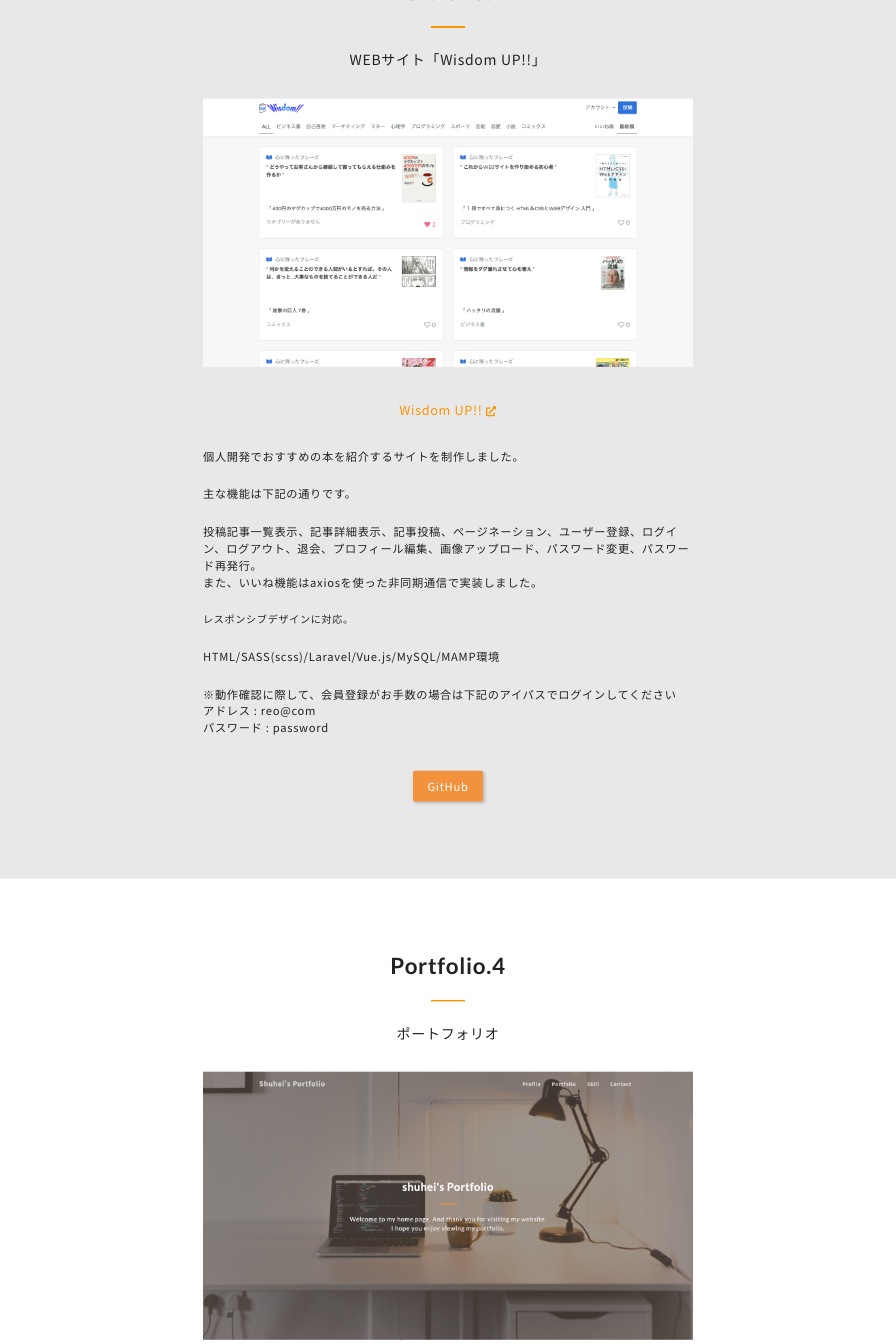
Repository: shuehi23/Portfolio
Page: portfolio/portfolio.html
These files come from the project's save history. The page is drawn as it stood at one moment and after the next save; the edit follows.
The browser window is 1280 px wide. The pictures show the part of the page from y = 4580 to 6500 px (the page is 7136 px tall), at 70% of full size.
A picture or video elsewhere on the page could not be fetched, so the positions and the page height are approximate. Some web libraries are served in a nearby version.

Above is the page before, as saved 2020-10-24 10:26:28.

### portfolio/portfolio.html
<!DOCTYPE html>
<html lang="ja">
<head>
  <meta charset="UTF-8">
  <meta name="viewport" content="width=device-width, initial-scale=1.0">
  <meta http-equiv="X-UA-Compatible" content="ie=edge">
  <title>Suhei's Portfolio</title>
  <!-- Google Fontsの読み込み -->
  <link href="https://fonts.googleapis.com/css?family=Lato:400,700|Noto+Sans+JP:400,700&display=swap&subset=japanese" rel="stylesheet">
  <!-- FontAwesomeの読み込み -->
  <link href="https://use.fontawesome.com/releases/v5.12.0/css/all.css" rel="stylesheet">
  <link rel="stylesheet" href="../css/stylesheet.css">
</head>
<body id="DETAIL">
  <!-- Navigation -->
  <nav class="l-navigation" id="mainNav">
    <div class="container">
      <a class="l-navigation_logo" href="">Shuhei's Portfolio</a>
      <div class="menu-trigger js-toggle-sp-menu">
        <span></span>
        <span></span>
        <span></span>
      </div>
      <ul class="l-navigation_list js-toggle-sp-menu-target">
        <li class="l-navigation_item">
          <a class="l-navigation_link" href="index.html#homt">Home</a>
        </li>
        <li class="l-navigation_item">
          <a class="l-navigation_link" href="index.html#portfolio">Portfolio</a>
        </li>
        <li class="l-navigation_item">
          <a class="l-navigation_link" href="index.html#skill">Skill</a>
        </li>
        <li class="l-navigation_item">
          <a class="l-navigation_link" href="index.html#contact">Contact</a>
        </li>
      </ul>
    </div>
  </nav>
  <!-- ヘッダー -->
  <header id="header" class="l-header">
    <div class="l-header_container l-content-wrap-default">
      <h1 class="l-header_title">
         shuhei's Portfolio
      </h1>
      <hr>
      <p class="l-header_text">
         My Portfolio. I hope you enjoy viewing my Portfolio.
      </p>
    </div>
  </header>

  <!-- メインコンテンツ -->
  <main id="main" class="l-main">
    <!-- ポートフォリオ１ -->
    <article id="portfolio01" class="p-detail">
      <div class="p-detail_container l-content-wrap-default">
        <h2 class="p-detail_title">Portfolio.1</h2>
        <hr>
        <h3 class="p-detail_subtitle">サンプルWEBサイト</h3>
        <img src="../image/portfolio01.jpg" alt="" class="p-detail_image">
        <div class="p-detail_link-wrap">
          <a href="#" class="p-detail_link">
            Overseas Sport Tour <i class="fas fa-external-link-alt p-detail_icon"></i>
          </a>
        </div>

        <p class="p-detail_text">
          海外アスリート応援ツアーをイメージして制作しました。
        </p>
        <p class="p-detail_text_small">
          レスポンシブデザインに対応。
        </p>
        <p class="p-detail_text">
          HTML/Scss/bootstrap/JavaScript(jQuery)
        </p>
        <p class="p-detail_text c-btn--wrap">
          <a href="#" class="c-btn--link">GitHub</a>
        </p>
      </div>
    </article>
    <!-- ポートフォリオ２ -->
    <article id="portfolio02" class="p-detail">
      <div class="p-detail_container l-content-wrap-default">
        <h2 class="p-detail_title">Portfolio.2</h2>
        <hr>
        <h3 class="p-detail_subtitle">WEBサービス「Connect With Sports」</h3>
        <img src="../image/connect.jpg" alt="" class="p-detail_image">
        <div class="p-detail_link-wrap">
          <a href="#" class="p-detail_link">
            Connect With Sports <i class="fas fa-external-link-alt p-detail_icon"></i>
          </a>
        </div>
        <p class="p-detail_text">
              個人開発でオリジナルWEBサービスを制作しました。スポーツを通じて繋がることができるWEBサービスです。
        </p>
        <p class="p-detail_text">
              主な機能は下記の通りです。
        </p>
        <p class="p-detail_text">
              記事一覧表示、記事詳細表示、記事投稿、ページネーション、ユーザー登録、ログイン、ログアウト、退会、プロフィール編集、画像アップロード、パスワード変更、パスワード再発行。
        </p>
        <p class="p-detail_text_small">
              PHPとMySQLの実装がメインのため、レスポンシブデザインには非対応。
            </p>
        <p class="p-detail_text">
              HTML/CSS/JavaScript(jQuery)/PHP/MySQL
        </p>
        <p class="p-detail_text c-btn--wrap">
          <a href="#" class="c-btn--link">GitHub</a>
        </p>
      </div>
    </article>
    <!-- ポートフォリオ３ -->
    <article id="portfolio03" class="p-detail">
      <div class="p-detail_container l-content-wrap-default">
        <h2 class="p-detail_title">Portfolio.3</h2>
        <hr>
        <h3 class="p-detail_subtitle">オリジナルゲーム「Get meat challenge」</h3>
        <img src="../image/game.jpg" alt="" class="p-detail_image">
        <div class="p-detail_link-wrap">
          <a href="#" class="p-detail_link">
            Get meat challenge<i class="fas fa-external-link-alt p-detail_icon"></i>
          </a>
        </div>
        <p class="p-detail_text">
                  個人開発でオリジナルゲームを制作しました。出てくるキャラクター倒し、肉をゲットするシンプルなゲームです。
        </p>
        <p class="p-detail_text">
                  オブジェクト指向を用いて制作しました。
        </p>
        <p class="p-detail_text_small">
                  レスポンシブデザインには非対応。
        </p>
        <p class="p-detail_text">
                  PHP/HTML/CSS/JavaScript(jQuery)
        </p>
        <p class="p-detail_text c-btn--wrap">
          <a href="#" class="c-btn--link">GitHub</a>
        </p>
      </div>
    </article>
    <!-- ポートフォリオ4 -->
    <article id="portfolio04" class="p-detail">
      <div class="p-detail_container l-content-wrap-default">
        <h2 class="p-detail_title">Portfolio.4</h2>
        <hr>
        <h3 class="p-detail_subtitle">WEBサイト「Wisdom UP!!」</h3>
        <img src="../image/wisdom.jpg" alt="" class="p-detail_image">
        <div class="p-detail_link-wrap">
          <a href="#" class="p-detail_link">
            Wisdom UP!!<i class="fas fa-external-link-alt p-detail_icon"></i>
          </a>
        </div>
        <p class="p-detail_text">
                  個人開発でおすすめの本を紹介するサイトを制作しました。
        </p>
        <p class="p-detail_text">
                  主な機能は下記の通りです。
        </p>
        <p class="p-detail_text">
                  投稿記事一覧表示、記事詳細表示、記事投稿、ページネーション、ユーザー登録、ログイン、ログアウト、退会、プロフィール編集、画像アップロード、パスワード変更、パスワード再発行。<br>
                  また、いいね機能はaxiosを使った非同期通信で実装しました。
        </p>
        <p class="p-detail_text_small">
                  レスポンシブデザインに対応。
        </p>
        <p class="p-detail_text">
                  HTML/SASS(scss)/Laravel/Vue.js/MySQL/MAMP環境
        </p>
        <p class="p-detail_text">
                  ※動作確認に際して、会員登録がお手数の場合は下記のアイパスでログインしてください<br>
                  アドレス : reo@com<br>
                  パスワード : password
        </p>
        <p class="p-detail_text c-btn--wrap">
          <a href="#" class="c-btn--link">GitHub</a>
        </p>
      </div>
    </article>
    <!-- ポートフォリオ5 -->
    <article id="portfolio04" class="p-detail">
      <div class="p-detail_container l-content-wrap-default">
        <h2 class="p-detail_title">Portfolio.4</h2>
        <hr>
        <h3 class="p-detail_subtitle">ポートフォリオ</h3>
        <img src="../image/portfolio.jpg" alt="" class="p-detail_image">
        <div class="p-detail_link-wrap">
          <a href="#" class="p-detail_link">
            Shuhei's Portfolio<i class="fas fa-external-link-alt p-detail_icon"></i>
          </a>
        </div>
        <p class="p-detail_text">
                      当ポートフォリオサイトです。スキルやポートフォリオが分かりやすいように意識しています。
        </p>
        <p class="p-detail_text_small">
                      レスポンシブデザインに対応。
        </p>
        <p class="p-detail_text">
                      HTML/CSS/JavaScript(jQuery)
        </p>
        <p class="p-deteail_text c-btn--wrap">
          <a href="#" class="c-btn--link">GitHub</a>
        </p>
      </div>
    </article>
  </main>
  <!-- フッター -->
  <footer id="footer" class="l-footer">
    <div class="l-footer_container l-content-wrap-default">
      <p class="l-footer_title">Shuhei's portfolio</p>
      <small class="l-footer_copyright">
        &copy 2020 Shuhei's Portfolio All Right Reserved.
      </small>
    </div>
    <button type="button" class="l-footer_button js-scroll-top">
      <i class="fas fa-angle-double-up l-footer_go-to-top"></i>
    </button>
  </footer>
  <script src="https://code.jquery.com/jquery-3.4.1.min.js" integrity="sha256-CSXorXvZcTkaix6Yvo6HppcZGetbYMGWSFlBw8HfCJo=" crossorigin="anonymous"></script>
  <!-- smooth-scroll.jsのファイルを読み込み -->
  <script src="https://cdn.jsdelivr.net/gh/cferdinandi/smooth-scroll/dist/smooth-scroll.polyfills.min.js"></script>
  <!-- JavaScriptファイルの読み込み -->
  <script src="../js/main.js"></script>
</body>
</html>

Loaded but not shown: js/main.js (62 lines, source omitted); css/stylesheet.css (957 lines, source omitted)

After the next save:
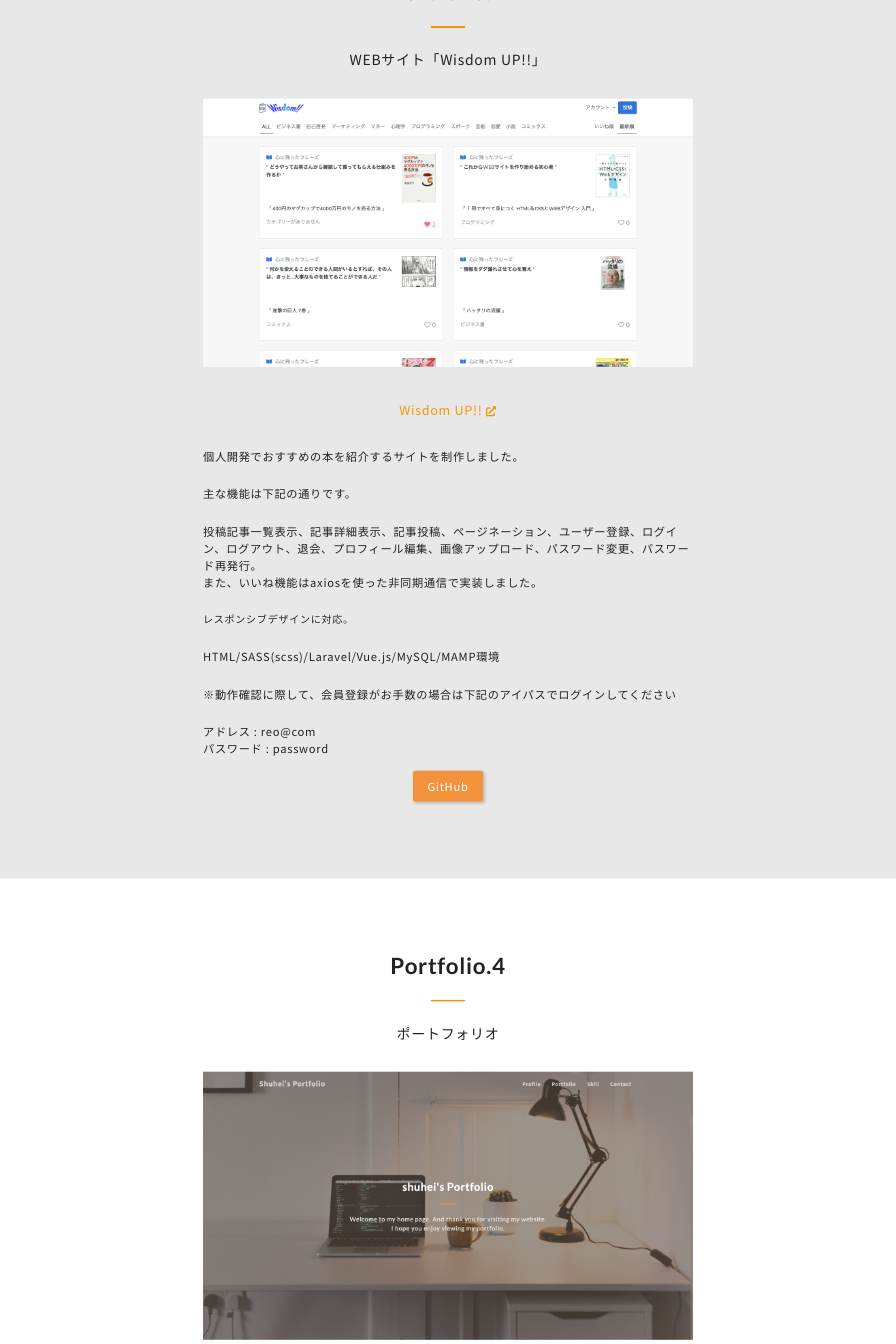
Saved 2 min 22 s later.
--- a/portfolio/portfolio.html
+++ b/portfolio/portfolio.html
@@ -170,6 +170,8 @@
         </p>
         <p class="p-detail_text">
                   ※動作確認に際して、会員登録がお手数の場合は下記のアイパスでログインしてください<br>
+        </p>
+        <p class="p-detel_text">
                   アドレス : reo@com<br>
                   パスワード : password
         </p>
